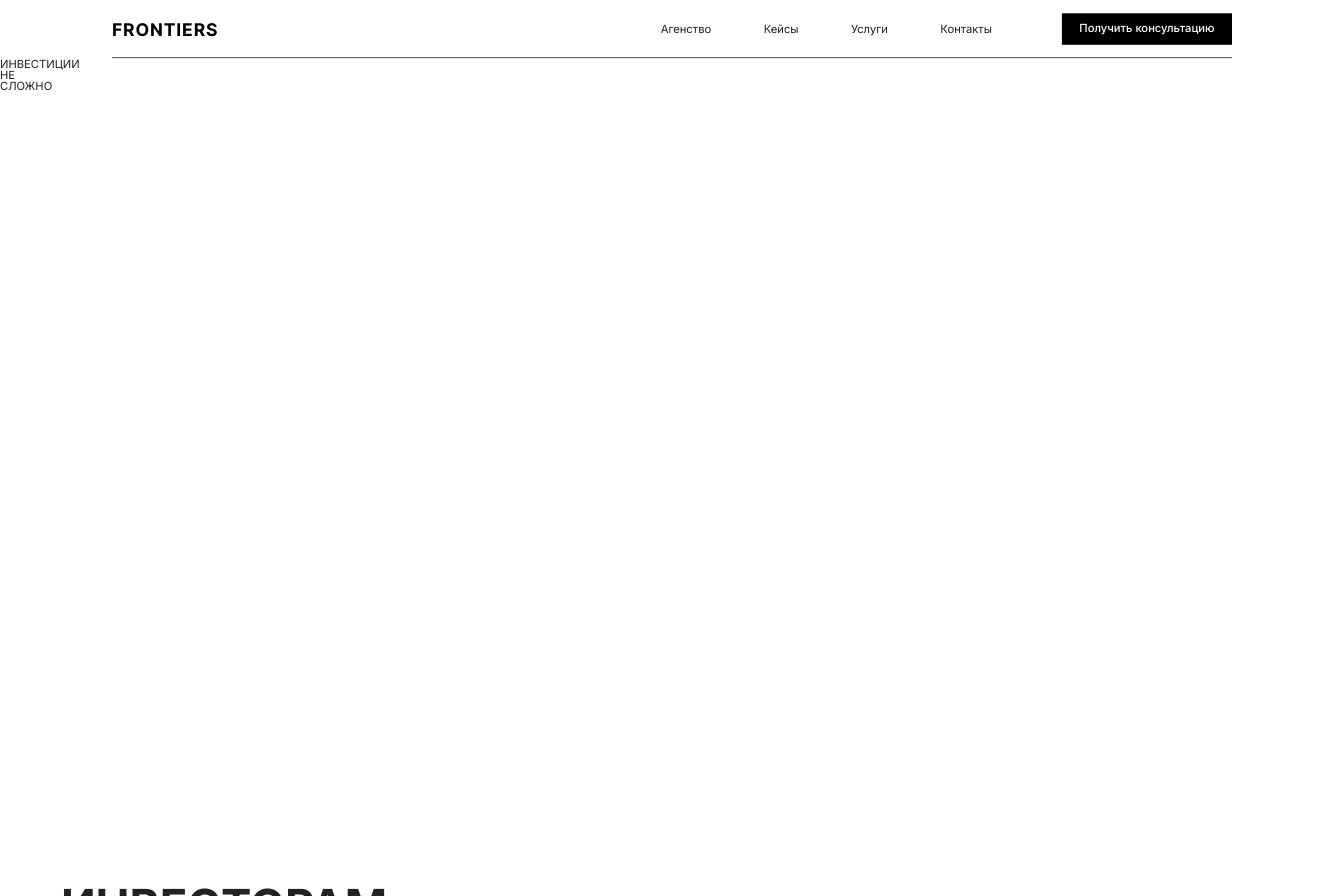
Repository: NadyaKorvin/frontiers
Page: /
An editor plug-in stored every save of this project. The page is shown before and after the next save, followed by the edit.
The browser window is 1280 px wide. The page is 1920 px wide, so the pictures cover 1920 px, including what lies to the right of the window. The pictures show the part of the page from y = 0 to 1280 px (the page is 1728 px tall), at 70% of full size.
The project was rebuilt for these pictures with package versions that can differ from the ones it lists, and the page was loaded fresh each time.

Above is the page before, as saved 2022-05-23 04:04:11.

### public/index.html
<!DOCTYPE html>
<html lang="en">
  <head>
    <meta charset="utf-8" />
    <link rel="icon" href="%PUBLIC_URL%/favicon.ico" />
    <meta name="viewport" content="width=device-width, initial-scale=1" />
    <meta name="theme-color" content="#000000" />
    <meta name="description" content="Web site created using create-react-app" />
    <link rel="apple-touch-icon" href="%PUBLIC_URL%/logo192.png" />
    <link rel="manifest" href="%PUBLIC_URL%/manifest.json" />
    <link rel="preconnect" href="https://fonts.googleapis.com" />
    <link rel="preconnect" href="https://fonts.gstatic.com" crossorigin />
    <link href="https://fonts.googleapis.com/css2?family=Inter:wght@300;400;500;700&display=swap" rel="stylesheet" />
    <title>FRONTIERS</title>
  </head>
  <body>
    <noscript>You need to enable JavaScript to run this app.</noscript>
    <div id="root"></div>
  </body>
</html>

### src/index.js
import React from "react"
import ReactDOM from "react-dom/client"

import App from "./App"

const root = ReactDOM.createRoot(document.getElementById("root"))
root.render(
  <React.StrictMode>
    <App />
  </React.StrictMode>
)

### src/App.js
import { useState } from "react";
import "./App.css";
import { SecondScreenAnimation } from "./components/secondScreen/SecondScreenAnimation";
import FirstScreenAnimation from "./components/firstScreen/FirstScreenAnimation";

function App() {
  const [mousePosition, setMousePosition] = useState("");

  const listenUpperMousePosition = (event) => {
    console.log(event);
    console.log(event.target);
    setMousePosition(event.target);
  };

  return (
    <>
      <FirstScreenAnimation />
      <div className="App">
        <SecondScreenAnimation listenMousePosition={listenUpperMousePosition} />
      </div>
    </>
  );
}
export default App;

### src/App.css
@import url("./reset.css");
@import url("./components/secondScreen/SecondScreen.css");
@import url("./font/font.css");

body {
  font-family: "Inter";
}

### src/components/secondScreen/SecondScreenAnimation.js
export function SecondScreenAnimation({ listenMousePosition, mousePosition }) {
  let goUp = ""
  const goUpBlackLines = (mousePosition) => {
    if (mousePosition === "animation__text_first_part") {
      goUp = "up"
      return goUp
    }
  }
  goUpBlackLines(mousePosition)
  console.log(goUp)
  return (
    <div className="animation__text_block">
      {goUp != "up" ? (
        <div>
          <div className="animation__text" onMouseOver={listenMousePosition}>
            <p className="animation__text_first_part">Инвесторам сложно найти хорошие проекты,</p>
            <p className="animation__text_second_part">а хорошим проектам — инвестиции.</p>
          </div>
          <div className="animation__black_lines">
            <div className="animation__1th_black_line"></div>
            <div className="animation__2th_black_line"></div>
            <div className="animation__3th_black_line"></div>
          </div>
        </div>
      ) : (
        <div>
          <div className="animation__text" onMouseOver={listenMousePosition}>
            <p className="animation__text_first_part" style={{ color: "#fff" }}>
              Инвесторам сложно найти хорошие проекты,
            </p>
            <p className="animation__text_second_part" style={{ color: "#000" }}>
              а хорошим проектам — инвестиции.
            </p>
          </div>
          <div className="animation__black_lines">
            <div className="animation__1th_black_line" style={{ width: "484px", marginTop: "-475px" }}></div>
            <div className="animation__2th_black_line" style={{ width: "586px" }}></div>
            <div className="animation__3th_black_line" style={{ width: "722px" }}></div>
          </div>
        </div>
      )}
    </div>
  )
}

### src/components/firstScreen/FirstScreenAnimation.js
import React from "react";
import style from "./FirstScreen.module.css";

export default function FirstScreenAnimation() {
  return (
    <>
      <section className={style.first__screen}>
        <div className={style.header}>
          <div className={style.logotype}>FRONTIERS</div>
          <nav className={style.nav__sidebar}>
            <ul>Агенство</ul>
            <ul>Кейсы</ul>
            <ul>Услуги</ul>
            <ul>Контакты</ul>
          </nav>
          <div className={style.button}>
            <p className={style.text__btn}>Получить консультацию</p>
          </div>
        </div>
        <div className={style.content}>
          <p>ИНВЕСТИЦИИ</p>
          <p>НЕ</p>
          <p>СЛОЖНО</p>

        </div>
      </section>
    </>
  );
}

### src/reset.css
html,
body,
div,
span,
applet,
object,
iframe,
h1,
h2,
h3,
h4,
h5,
h6,
p,
blockquote,
pre,
a,
abbr,
acronym,
address,
big,
cite,
code,
del,
dfn,
em,
img,
ins,
kbd,
q,
s,
samp,
small,
strike,
strong,
sub,
sup,
tt,
var,
b,
u,
i,
center,
dl,
dt,
dd,
ol,
ul,
li,
fieldset,
form,
label,
legend,
table,
caption,
tbody,
tfoot,
thead,
tr,
th,
td,
article,
aside,
canvas,
details,
embed,
figure,
figcaption,
footer,
header,
hgroup,
menu,
nav,
output,
ruby,
section,
summary,
time,
mark,
audio,
video {
  margin: 0;
  padding: 0;
  border: 0;
  font-size: 100%;
  font: inherit;
  vertical-align: baseline;
}

:focus {
  outline: 0;
}

article,
aside,
details,
figcaption,
figure,
footer,
header,
hgroup,
menu,
nav,
section {
  display: block;
}

body {
  line-height: 1;
}

ol,
ul {
  list-style: none;
}

blockquote,
q {
  quotes: none;
}

blockquote:before,
blockquote:after,
q:before,
q:after {
  content: "";
  content: none;
}

table {
  border-collapse: collapse;
  border-spacing: 0;
}

input[type="search"]::-webkit-search-cancel-button,
input[type="search"]::-webkit-search-decoration,
input[type="search"]::-webkit-search-results-button,
input[type="search"]::-webkit-search-results-decoration {
  -webkit-appearance: none;
  -moz-appearance: none;
}

input[type="search"] {
  -webkit-appearance: none;
  -moz-appearance: none;
  -webkit-box-sizing: content-box;
  -moz-box-sizing: content-box;
  box-sizing: content-box;
}

textarea {
  overflow: auto;
  vertical-align: top;
  resize: vertical;
}

[hidden] {
  display: none;
}

html {
  font-size: 100%; /* 1 */
  -webkit-text-size-adjust: 100%; /* 2 */
  -ms-text-size-adjust: 100%; /* 2 */
}

a:focus {
  outline: thin dotted;
}

a:active,
a:hover {
  outline: 0;
}

img {
  border: 0;
  -ms-interpolation-mode: bicubic;
}

figure {
  margin: 0;
}

form {
  margin: 0;
}

fieldset {
  border: 1px solid #c0c0c0;
  margin: 0 2px;
  padding: 0.35em 0.625em 0.75em;
}

legend {
  border: 0; /* 1 */
  padding: 0;
  white-space: normal; /* 2 */
  *margin-left: -7px; /* 3 */
}

button,
input,
select,
textarea {
  font-size: 100%; /* 1 */
  margin: 0; /* 2 */
  vertical-align: baseline; /* 3 */
  *vertical-align: middle; /* 3 */
}

button,
input {
  line-height: normal;
}

button,
select {
  text-transform: none;
}

button,
html input[type="button"], /* 1 */
input[type="reset"],
input[type="submit"] {
  -webkit-appearance: button; /* 2 */
  cursor: pointer; /* 3 */
  *overflow: visible; /* 4 */
}

button[disabled],
html input[disabled] {
  cursor: default;
}

input[type="checkbox"],
input[type="radio"] {
  box-sizing: border-box; /* 1 */
  padding: 0; /* 2 */
  *height: 13px; /* 3 */
  *width: 13px; /* 3 */
}

input[type="search"] {
  -webkit-appearance: textfield; /* 1 */
  -moz-box-sizing: content-box;
  -webkit-box-sizing: content-box; /* 2 */
  box-sizing: content-box;
}

input[type="search"]::-webkit-search-cancel-button,
input[type="search"]::-webkit-search-decoration {
  -webkit-appearance: none;
}

button::-moz-focus-inner,
input::-moz-focus-inner {
  border: 0;
  padding: 0;
}

textarea {
  overflow: auto; /* 1 */
  vertical-align: top; /* 2 */
}

table {
  border-collapse: collapse;
  border-spacing: 0;
}

html,
button,
input,
select,
textarea {
  color: #222;
}

::-moz-selection {
  background: #b3d4fc;
  text-shadow: none;
}

::selection {
  background: #b3d4fc;
  text-shadow: none;
}

img {
  vertical-align: middle;
}

fieldset {
  border: 0;
  margin: 0;
  padding: 0;
}

textarea {
  resize: vertical;
}

.chromeframe {
  margin: 0.2em 0;
  background: #ccc;
  color: #000;
  padding: 0.2em 0;
}

### src/components/secondScreen/SecondScreen.css
.second__screen {
  display: flex;
}

.animation__text_block {
  margin-top: 174px;
  margin-left: 87px;
  width: 770px;
}

.animation__text_first_part,
.animation__text_second_part {
  text-transform: uppercase;
  font-size: 65px;
  font-weight: 700;
  line-height: 79px;
  transition: 0.5s ease-out;
}

.animation__text_second_part {
  color: #fff;
}

.animation__black_lines {
  margin-left: -10px;
  margin-top: -236px;
}

.animation__1th_black_line {
  margin-bottom: 5px;
  height: 75px;
  width: 444px;
  background-color: #000;
  transition: 0.5s ease-out;
}

.animation__2th_black_line {
  margin-bottom: 5px;
  height: 75px;
  width: 475px;
  background-color: #000;
  transition: 0.5s ease-out;
}
.animation__3th_black_line {
  height: 75px;
  width: 502px;
  background-color: #000;
  transition: 0.5s ease-out;
}

### src/font/font.css
@font-face {
  font-family: "Inter";
  src:
    url("./Inter-Bold.ttf") format("truetype")
    url("./Inter-Bold.woff2") format("woff2"),
    url("./Inter-Bold.woff") format("woff");
  font-weight: 700;
  font-style: normal;
  font-stretch: normal;
  unicode-range: U+0020-E0D0;
}

@font-face {
  font-family: "Inter";
  src:
    url("./Inter-Regular.woff2") format("woff2"),
    url("./Inter-Regular.ttf") format("truetype")
    url("./Inter-Regular.woff") format("woff");
  font-weight: 400;
  font-style: normal;
  font-stretch: normal;
  unicode-range: U+0020-E0D0;
}

@font-face {
    font-family:'Inter Medium';
    src:
        url("./Inter-Medium.ttf") format("truetype")
        url('Inter-Medium.woff2') format('woff2'),
		url('Inter-Medium.woff') format('woff');
    font-weight: 500;
    font-style: normal;
    font-stretch: normal;
    unicode-range: U+0020-E0D0;
}

@font-face {
    font-family:'Inter Light';
    src:
        url("./Inter-Light.ttf") format("truetype")
        url('Inter-Light.woff2') format('woff2'),
		url('Inter-Light.woff') format('woff');
    font-weight: 300;
    font-style: normal;
    font-stretch: normal;
    unicode-range: U+0020-E0D0;
}

### src/components/firstScreen/FirstScreen.module.css
.first__screen {
  width: 1920px;
  height: 1080px;
}

.header {
  width: 1600px;
  height: 82px;
  margin: 0 160px;
  border-bottom: 1px solid #000000;
  display: flex;
}

.logotype {
  width: 151px;
  height: 30px;
  padding-top: 27px;
  font-family: "Inter";
  font-style: normal;
  font-weight: 700;
  font-size: 25px;
  line-height: 30px;
  letter-spacing: 0.05em;
  color: #000000;
}

.nav__sidebar {
  display: flex;
  justify-content: space-between;
  width: 473px;
  padding-top: 33px;
  padding-left: 633px;
}

.button {
  position: absolute;
  width: 243px;
  height: 45px;
  left: 1517px;
  top: 19px;
  background: #000000;
}

.text__btn {
  padding-top: 12px;
  padding-bottom: 12px;
  font-family: "Inter";
  font-style: normal;
  font-weight: 500;
  font-size: 16px;
  line-height: 19px;
  text-align: center;
  color: #ffffff;
}

.content > p {

}

After the next save:
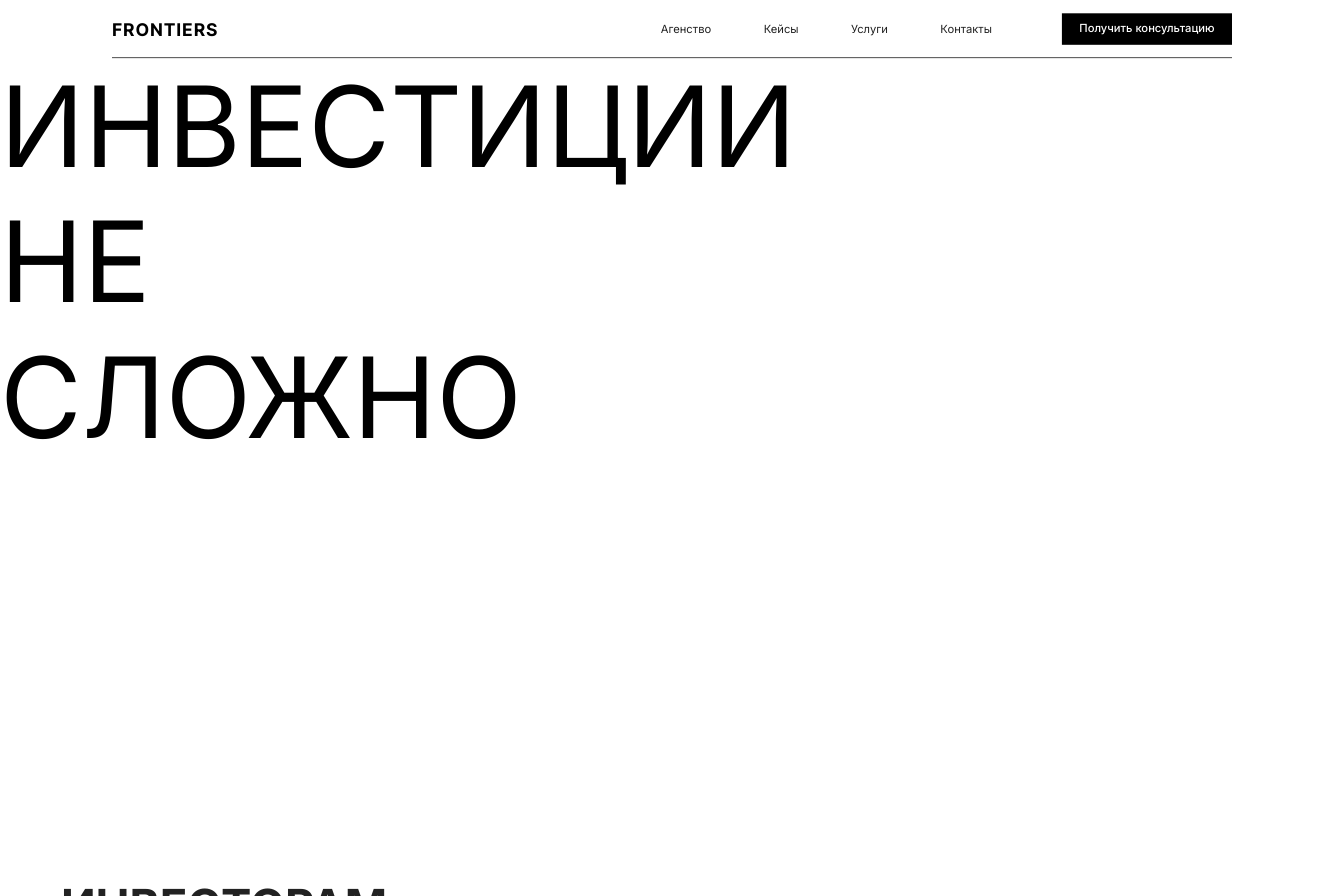
Saved 32 s later.
--- a/src/components/firstScreen/FirstScreen.module.css
+++ b/src/components/firstScreen/FirstScreen.module.css
@@ -54,5 +54,12 @@
 }
 
 .content > p {
+    font-family: 'Inter';
+font-style: normal;
+font-weight: 400;
+font-size: 160px;
+line-height: 194px;
+text-transform: uppercase;
 
+color: #000000;
 }
